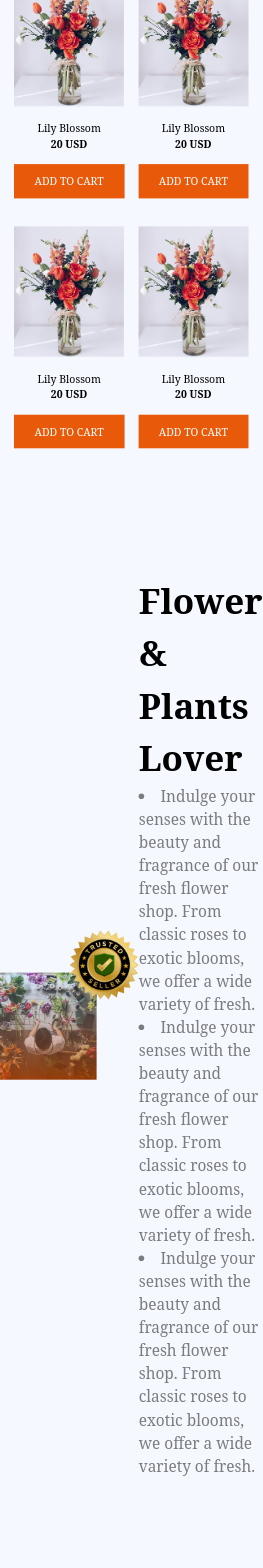
Repository: nahid-hasann/website-7
Page: index.html
These files come from the project's save history. The page is drawn as it stood at one moment and after a run of saves; the edit follows.
The browser window is 375 px wide. The pictures show the part of the page from y = 1629 to 3869 px (the page is 3869 px tall before and 3699 px after), at 70% of full size.
Some web libraries are served in a nearby version.

Above is the page before, as saved 2025-07-24 13:12:09.

### index.html
<!DOCTYPE html>
<html lang="en">
<head>
    <meta charset="UTF-8">
    <meta name="viewport" content="width=device-width, initial-scale=1.0">
     <script src="https://cdn.jsdelivr.net/npm/@tailwindcss/browser@4"></script>
    <title> website-7 </title>
    <link rel="stylesheet" href="style.css">
    <link rel="stylesheet" href="https://cdnjs.cloudflare.com/ajax/libs/font-awesome/7.0.0/css/all.min.css" integrity="sha512-DxV+EoADOkOygM4IR9yXP8Sb2qwgidEmeqAEmDKIOfPRQZOWbXCzLC6vjbZyy0vPisbH2SyW27+ddLVCN+OMzQ==" crossorigin="anonymous" referrerpolicy="no-referrer" />
   <link rel="preconnect" href="https://fonts.googleapis.com">
<link rel="preconnect" href="https://fonts.gstatic.com" crossorigin>
<link href="https://fonts.googleapis.com/css2?family=Noto+Serif:ital,wght@0,100..900;1,100..900&display=swap" rel="stylesheet">
</head>
<body class="noto-serif-nahid">


    <header>
        <nav>
            <div class="nav-logo">
                <img src="assets/logo.png" alt="">
            </div>
            <div class="nav-menu">
                <ul>
                    <li class="ul-li" style="color: black; font-weight: bold;">Home</li>
                    <li class="ul-li" >Shop</li>
                    <li class="ul-li" >About us</li>
                    <li class="last-li" style="color: black;"><i class="fa-solid fa-cart-shopping"></i>Cart ($56)</li>
                </ul>
            </div>
        </nav>
    </header>

    <main>

        <section class="banner">
            <div class="banner-section">
                <div class="banner-description">
                    <h1>ALWAYS <span style="color: #e85a0a;">FRESH <br> FLOWERS</span></h1>
                    <p>Indulge your senses with the beauty and fragrance of our fresh flower shop. From classic roses to exotic blooms, we offer a wide variety of fresh flowers that are perfect for any occasion.  </p>
                </div>
                <div class="banner-img">
                    <img src="assets/hero-flower.png" alt="">
                </div>
            </div>
        </section>

        <section class="plants-section">
             <h1> <span style="color: #e85a0a;">Our</span> Plants</h1>
             <p>Indulge your senses with the beauty and fragrance of our fresh flower shop. From classic roses to exotic blooms, we offer a wide variety of fresh.</p>
             <div class="plants-card">
                <div class="card">
                    <img src="assets/sample-flower-image.png" alt="">
                    <h4>Lily Blossom</h4>
                    <h2>20 USD</h2>
                    <button class="btn">ADD TO CART</button>
                </div>
                 <div class="card">
                    <img src="assets/sample-flower-image.png" alt="">
                    <h4>Lily Blossom</h4>
                    <h2>20 USD</h2>
                    <button class="btn">ADD TO CART</button>
                </div>
                 <div class="card">
                    <img src="assets/sample-flower-image.png" alt="">
                    <h4>Lily Blossom</h4>
                    <h2>20 USD</h2>
                    <button class="btn">ADD TO CART</button>
                </div>
                 <div class="card">
                    <img src="assets/sample-flower-image.png" alt="">
                    <h4>Lily Blossom</h4>
                    <h2>20 USD</h2>
                    <button class="btn">ADD TO CART</button>
                </div>
                 <div class="card">
                    <img src="assets/sample-flower-image.png" alt="">
                    <h4>Lily Blossom</h4>
                    <h2>20 USD</h2>
                    <button class="btn">ADD TO CART</button>
                </div>
                 <div class="card">
                    <img src="assets/sample-flower-image.png" alt="">
                    <h4>Lily Blossom</h4>
                    <h2>20 USD</h2>
                    <button class="btn">ADD TO CART</button>
                </div>
                 <div class="card">
                    <img src="assets/sample-flower-image.png" alt="">
                    <h4>Lily Blossom</h4>
                    <h2>20 USD</h2>
                    <button class="btn">ADD TO CART</button>
                </div>
                 <div class="card">
                    <img src="assets/sample-flower-image.png" alt="">
                    <h4>Lily Blossom</h4>
                    <h2>20 USD</h2>
                    <button class="btn">ADD TO CART</button>
                </div>
             </div>
        </section>

        <section class="plants-lover-section">
            <div class="plants-lover-div">
                <div class="plants-lover-img">
                <img src="assets/flower-store.png" alt="">
                <div class="badge">
                    <img class="badge-img" src="assets/trusted-badge.png" alt="">
                </div>
            </div>
            <div class="plants-lover-content">
                <h1>Flower & Plants Lover</h1>
                <or>
                    <li>Indulge your senses with the beauty and fragrance of our fresh flower shop. From classic roses to exotic blooms, we offer a wide variety of fresh.</li>
                    <li>Indulge your senses with the beauty and fragrance of our fresh flower shop. From classic roses to exotic blooms, we offer a wide variety of fresh.</li>
                    <li>Indulge your senses with the beauty and fragrance of our fresh flower shop. From classic roses to exotic blooms, we offer a wide variety of fresh.</li>
                </or>
            </div>
            </div>
        </section>

    </main>




</body>
</html>

### style.css


*{
    margin: 0;
    padding: 0;
    box-sizing: border-box;
}


.noto-serif-nahid {
  font-family: "Noto Serif", serif;
  font-optical-sizing: auto;
  font-style: normal;
  font-variation-settings:
    "wdth" 100;
}

body{
    background-color: #f5f8ff;
}



/* header suru  */

header{
   margin: 20px auto;
   max-width: 1140px;
}

nav{
    display: flex;
    justify-content: space-between;
    align-items: center;
}

.nav-logo img{
    width: 100%;
}

.nav-menu ul{
     display: flex;
     gap: 30px;
     align-items: center;
     justify-content: center;
     margin: auto 0;
}

.nav-menu ul li{
    color: rgba(137, 135, 161, 1);
    font-weight: 400;
}


/* header sesh  */

/* banner-section  */

.banner{
    margin: 230px auto 130px auto;
    max-width: 1140px;

}

.banner-section{
     display: flex;
     align-items: end;
     justify-content: center;
}

.banner-description h1{
    font-size: 65px;
    font-weight: 800;

}

.banner-description p{
    font-size: 22px;
    color: #7b7c80;
}

.banner-img img{
    max-width: 570px;
}

/* banner-section  */

/* plants-section suru */

.plants-section{
    width: 1140px;
    margin: 130px auto;
}

.plants-section h1{
    text-align: center;
    font-size: 50px;
    margin-bottom: 14px;
    font-weight: 700;
}

.plants-card{
    display: grid;
    grid-template-columns: 1fr 1fr 1fr 1fr;
    gap: 30px;
    row-gap: 60px;
    margin-top: 60px;
}

.plants-section p{
    font-size: 22px;
    color: #7b7c80;
    text-align: center;
}

.card {
    display: flex;
    flex-direction: column;
    align-items: center;
    justify-content: center;
}

.card h4{
    font-size: 22px;
    font-weight: 300;
    margin-top: 18px;
}

.card h2{
    font-size: 22px;
    font-weight: 700;
    margin-bottom: 18px;
}

.btn{
    background-color: #e85a0a;
    width: 100%;
    padding: 13px 0;
    color: white;
}

/* plants-section sesh  */

/* plants-lover-section suru  */

.plants-lover-section{
    width: 1140px;
    margin: 180px auto 130px auto;
}



.plants-lover-div{
     display: grid;
     grid-template-columns: 1fr 1fr;
    align-items: center;
    justify-content: center;
    gap: 60px;
}

.plants-lover-img{
    position: relative;
}

.badge-img{
    position: absolute;
    top: -80px;
    right: -80px;
    width: 200px;
    z-index: 999;
}



.plants-lover-content h1{
     font-size: 50px;
     font-weight: 700;
}

.plants-lover-content or li{
    font-size: 22px;
    color: #7b7c80;
}

/* plants-lover-section sesh  */


/* media screen  */

@media screen and (max-width:575px) {
    header{
        width: 100%;
    }

nav{
    margin:0 30px;

}

.nav-logo img{
    width: 63px;
}
    .ul-li{
        display: none;
    }

    .banner{
        max-width: 575px;
        margin-top: 70px ;
        margin-bottom: 70px;
    }

    .banner-section{
        flex-direction: column-reverse;

    }

    .banner-description{
        margin-left: 30px;
    }

    .banner-description h1{
    font-size: 24px;
}

.banner-description p{
    font-size: 14px;
}

.banner-img img{
    max-width: 400px;
    margin-bottom: 80px;
}

.plants-section{
    width: 100% ;
    padding: 0 20px ;
    margin: 70px 0;

}

.plants-card{
    display: grid;
    grid-template-columns: 1fr 1fr;
    gap: 20px;
    row-gap: 40px;
}

.plants-section h1{
    font-size: 24px;
}
.plants-section p{
    font-size: 14px;
}

.card h4{
    font-size: 15px;
}

.card h2{
    font-size: 15px;
}

.btn{
    font-size: 15px;
}

.plants-lover-section{
    width: 100%;
    margin: ;
}

}

After the next 6 saves:
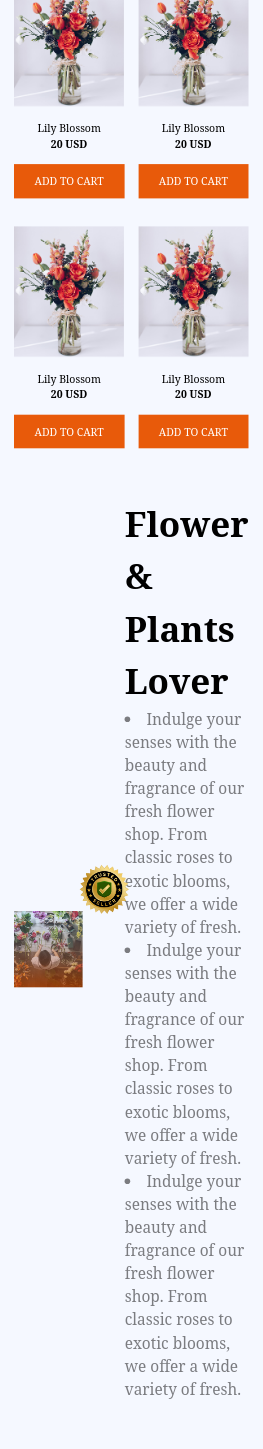
The 6 saves are shown as one change because they came seconds apart.
The last was saved 24 s later.
--- a/style.css
+++ b/style.css
@@ -267,7 +267,8 @@ nav{
 
 .plants-lover-section{
     width: 100%;
-    margin: ;
-}
-
-}
+    margin: 70px 0;
+    padding: 0 20px;
+}
+
+}
